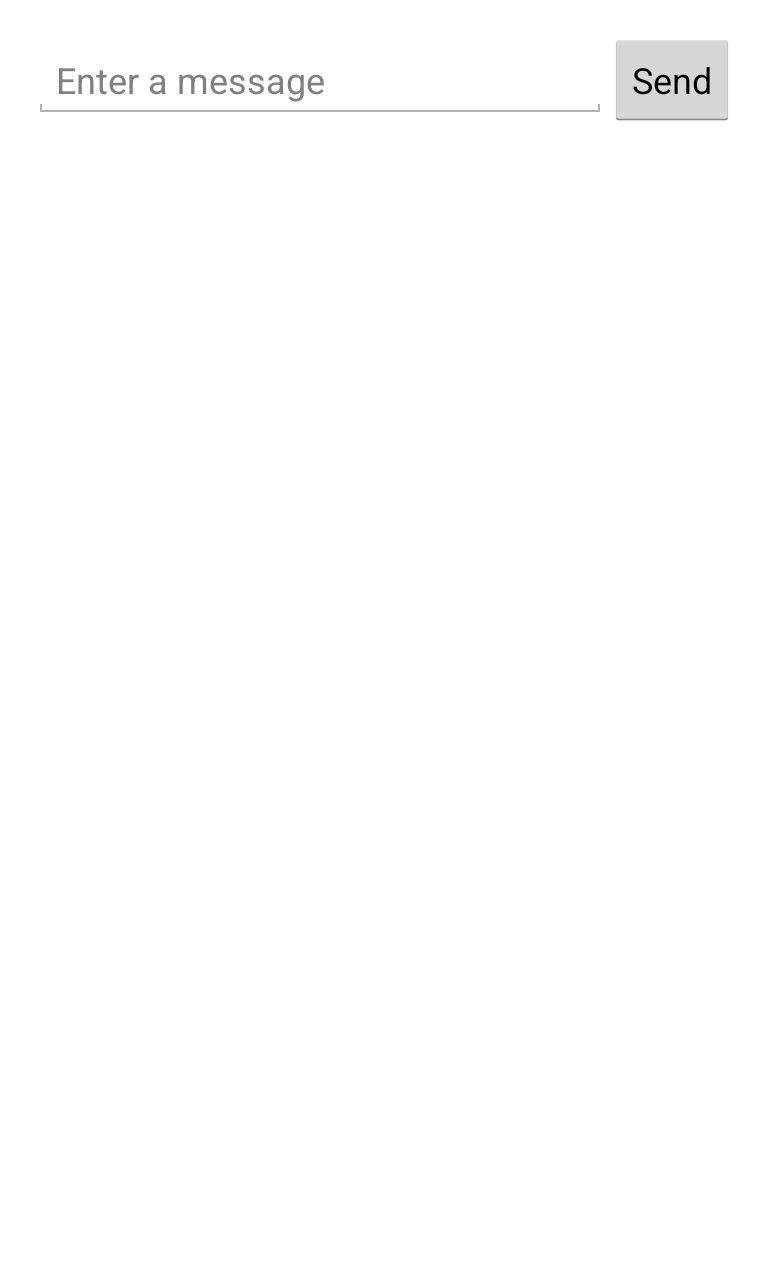
Repository: maoxuxiang/Android
Layout: MyFirstApp/res/layout/activity_main.xml
The author's editor kept a copy of each file at every save. The layout is drawn from the files as they stood at one save, then again after the next save.
It is drawn on a 768 x 1280 px phone screen (xhdpi) without system bars, with theme AppTheme; the app's code is not run.

Above is the layout before, as saved 2014-03-16 19:14:40.

After the next save:
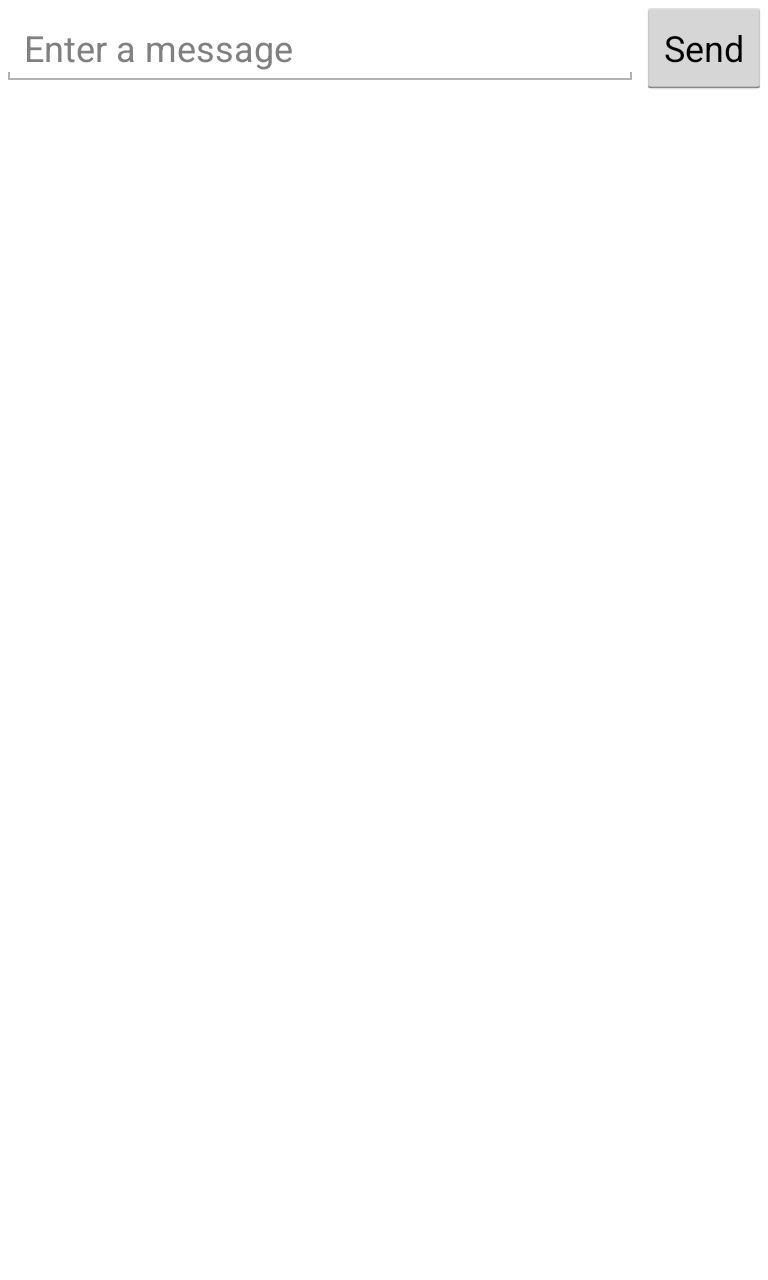
Saved 16 min 39 s later.
--- a/MyFirstApp/res/layout/activity_main.xml
+++ b/MyFirstApp/res/layout/activity_main.xml
@@ -3,11 +3,6 @@
     xmlns:tools="http://schemas.android.com/tools"
     android:layout_width="match_parent"
     android:layout_height="match_parent"
-    android:paddingBottom="@dimen/activity_vertical_margin"
-    android:paddingLeft="@dimen/activity_horizontal_margin"
-    android:paddingRight="@dimen/activity_horizontal_margin"
-    android:paddingTop="@dimen/activity_vertical_margin"
-    tools:context=".MainActivity"
     android:orientation="horizontal">
 
     <EditText android:id="@+id/edit_message"
